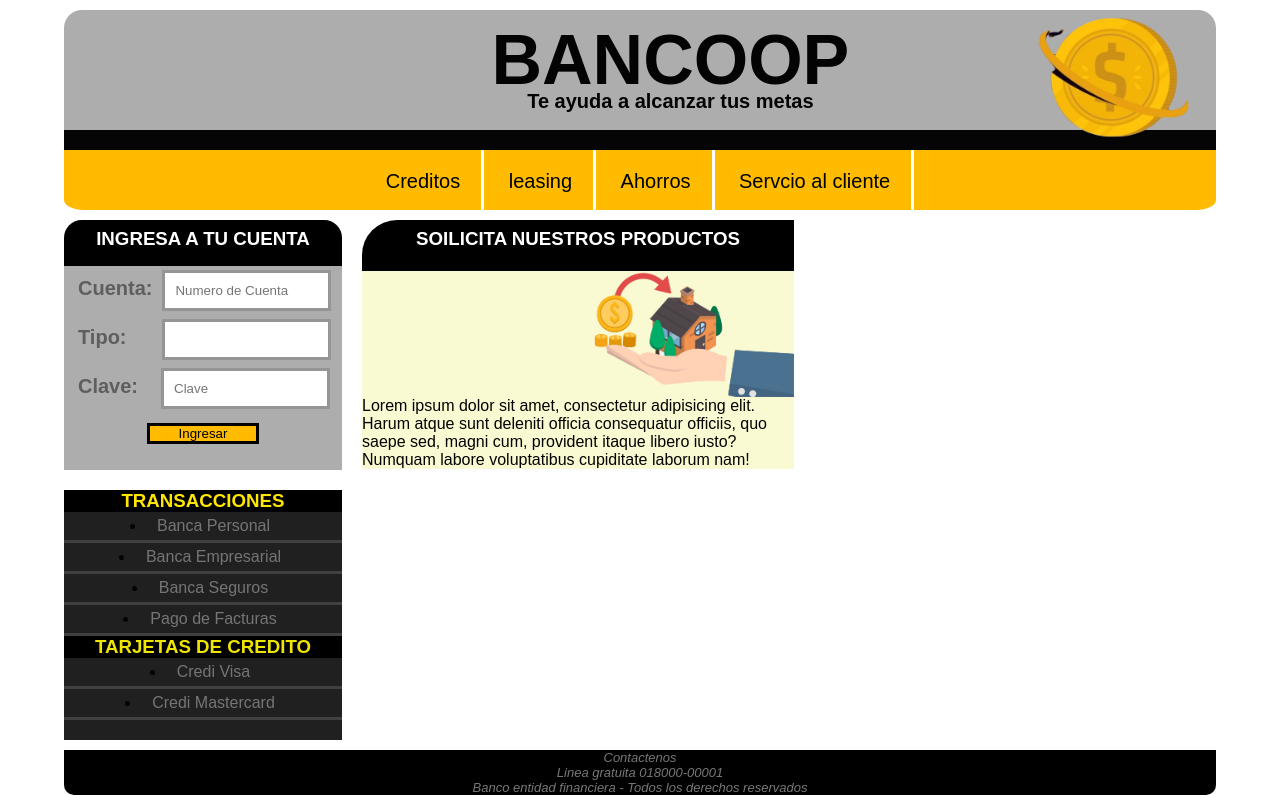
Repository: NickArregoces/BANCOOP
Page: Index.html
An editor plug-in stored every save of this project. The page is shown before and after the next save, followed by the edit.
The browser window is 1280 px wide. The pictures show the whole page.

Above is the page before, as saved 2021-09-30 15:26:55.

### Index.html
<!DOCTYPE html>
<html lang="en">
<head>
    <meta charset="UTF-8">
    <meta http-equiv="X-UA-Compatible" content="IE=edge">
    <meta name="viewport" content="width=device-width, initial-scale=1.0">
    <title>BANCOOP Home</title>
    <link rel="stylesheet" href="/CSS/Style.css">

</head>
<body>
    <div id="head">
        <header>
            <div class="image">
                <img src="/Images/logo.png" alt="logo">
            </div>
            <div class="title" >
                <h1>BANCOOP</h1>
                <h3>Te ayuda a alcanzar tus metas</h3>
            </div>

        </header>

        <nav class="barra"></nav>

        <div class="navegador">
            <ul class="menu">
                <li><a href="#">Creditos</a></li>
                <li><a href="#">leasing</a></li>
                <li><a href="#">Ahorros</a></li>
                <li><a href="#">Servcio al cliente</a></li>
            </ul>
        </div>

    </div>

        <div id="Contenido">
            <div class="section">
                <form action="" class="login">
                    <h3 style="color: rgb(255, 255, 255);">INGRESA A TU CUENTA</h3>
                        <div class="cuenta">
                            <h4>Cuenta:<input type="number" placeholder="Numero de Cuenta" required></h4>
                        </div>

                        <div class="tipo">
                            <h4>Tipo:<input type="text" required></h4>
                        </div>

                        <div class="clave">
                            <h4>Clave:<input type="password" placeholder="Clave" required></h4>
                        </div>

                    <div class="center">
                        <button class="sumbit"> Ingresar </button>
                    </div>

                </form>

                <article class="opciones">
                    <h3 style="color: rgb(255, 230, 0);">TRANSACCIONES</h3>
                    <li><a href="#">Banca Personal</a></li>
                    <li><a href="#">Banca Empresarial</a></li>
                    <li><a href="#">Banca Seguros</a></li>
                    <li><a href="#">Pago de Facturas</a></li>

                    <h3 style="color: rgb(238, 230, 0);">TARJETAS DE CREDITO</h3>
                    <li><a href="#">Credi Visa</a></li>
                    <li><a href="#">Credi Mastercard</a></li>
                </article>
            </div>

            <div id="Cuadros">
                <aside>
                    <div class="solicita">
                        <h3 style="color: rgb(255, 255, 255);">SOILICITA NUESTROS PRODUCTOS</h3>

                        <img src="/Images/Wallpaper(80).jpg" alt="">

                        <p>Lorem ipsum dolor sit amet, consectetur adipisicing elit.
                            Harum atque sunt deleniti officia consequatur officiis,
                            quo saepe sed, magni cum, provident itaque libero iusto?
                            Numquam labore voluptatibus cupiditate laborum nam!</p>
                    </div>
                </aside>
            </div>

            <div>
                <footer>
                        <p>Contactenos</p>
                        <p>Linea gratuita 018000-00001</p>
                        <p>Banco entidad financiera
                        - Todos los derechos reservados</p>
                </footer>
            </div>
        </div>

</body>
</html>

### CSS/Style.css

*{
    margin: 0 auto;
    padding: 0px;
}
body{
    font-family: Arial, Helvetica, sans-serif;
    background: rgb(255, 255, 255);
    width: 90%;
    color: rgb(3, 3, 3);
}
header{
    width: 100%;
    margin-top: 10px;
    background: rgb(173, 173, 173);
    border-top-left-radius:  18px;
    border-top-right-radius:  18px;
    height: 120px;
}
    img{
        float: right;
        width: 200px;
    }
    .title{
        float: right;
        width: 60%;
        margin-top: 20px;
    }
    header h1{
        font-size: 70px;
        text-align: center;
        line-height: 60px;
        display: block;
    }
    header h3{
        font-size: 20px;
        text-align: center;
    }

nav.barra{
    background: rgb(5, 5, 5);
    height: 20px;
}
div.navegador{
    text-align: center;
}

    ul.menu{
        border-bottom-left-radius: 20px 10px;
        border-bottom-right-radius: 20px 10px;
        background: rgb(255, 187, 0);
        height: 60px;
        list-style: none;
        padding: 0;
        max-width: 10000px;
    }
    .menu li a{
        height: 20px;
        font-size: 20px;
        margin-right: 1px;
        text-decoration: none;
        color:black;
        padding: 20px;
        display: inline-block;
    }
    .menu li {
        border-right: solid white;
        display: inline-block;
        }
    .menu li a:hover{
        background: #242323b6;
        color: white;
        }

.section{
    width: 25%;
    float: left;

}
    form{
        background: rgb(173, 173, 173);
        border-top-left-radius: 18px;
        border-top-right-radius: 18px;
        margin-top: 10px;
        margin-right:10px;
        margin-bottom: 10px;
        height: 250px;
    }
        form h3{
            text-align: center;
            background: black;
            height: 30px;
            padding: 8px;
            border-top-left-radius: 18px;
            border-top-right-radius: 18px;
        }
        form h4{
            font-size: 20px;
            padding: 4px;
            margin-left: 10px;
            color: rgb(95, 93, 93);

        }
        form input{
            width: 55%;
            padding: 10px;
            display: inline;
            border: solid rgb(149, 149, 149);
            margin-left: 10px;
        }
        div.clave input {
            margin-left: 23px;
        }

        div.tipo input {
            margin-left: 35px;
        }

        div.center{
            margin-top: 10px;
            margin: auto;
            text-align: center;
            width: 50%;
            cursor: pointer;
        }
        button{
            margin-top: 10px;
            width: 80%;
            background: rgb(255, 187, 0);
            border: solid black;
            cursor: pointer;
        }
        button:hover{
            background: #242323b6;
            color: rgb(251, 227, 3);
        }

    article {
        height: 250px;
        background: rgb(32, 32, 32);
        margin-top: 20px;
        margin-right:10px;
        margin-bottom: 10px;
    }
        article h3{
            text-align: center;
            background: black;
        }
        .opciones li a{
            margin-right: 1px;
            text-align: center;
            text-decoration: none;
            color:rgb(117, 117, 117);
            padding: 5px;
            display: inline-block;
        }
        .opciones li {
            border-bottom: solid rgba(68, 68, 68, 0.897);
            text-align: center;
            display:inline-flexbox;
            }
        .opciones li a:hover{
            background: #242323b6;
            color: rgb(251, 227, 3);
            }

aside{
    width: 75%;
    height: 520px;
    margin-top: 10px;
    float: right;
    margin-bottom: 10px;
}
    div.solicita{
        width: 50%;
        float: left;
        border-top-left-radius: 35px;
        margin-left: 10px;
        background: lightgoldenrodyellow  ;
    }
        .centrado aside img {
            width: 80%;
            margin-top: 15px;
            margin-bottom: 15px;
            text:align-center;
        }
        aside h3{
            text-align: center;
            background: black;
            height: 35px;
            padding: 8px;
            border-top-left-radius: 35px;
        }
        aside p{
            display: inline-block;
        }

footer{
    background: black;
    clear: both;
    border-bottom-left-radius: 10px;
    border-bottom-right-radius: 10px;
}
    footer p{
        font-size: 13px;
        text-align: center;
        line-height: 15px;
        color: rgb(121, 119, 119);
        font-style:italic;
    }

After the next save:
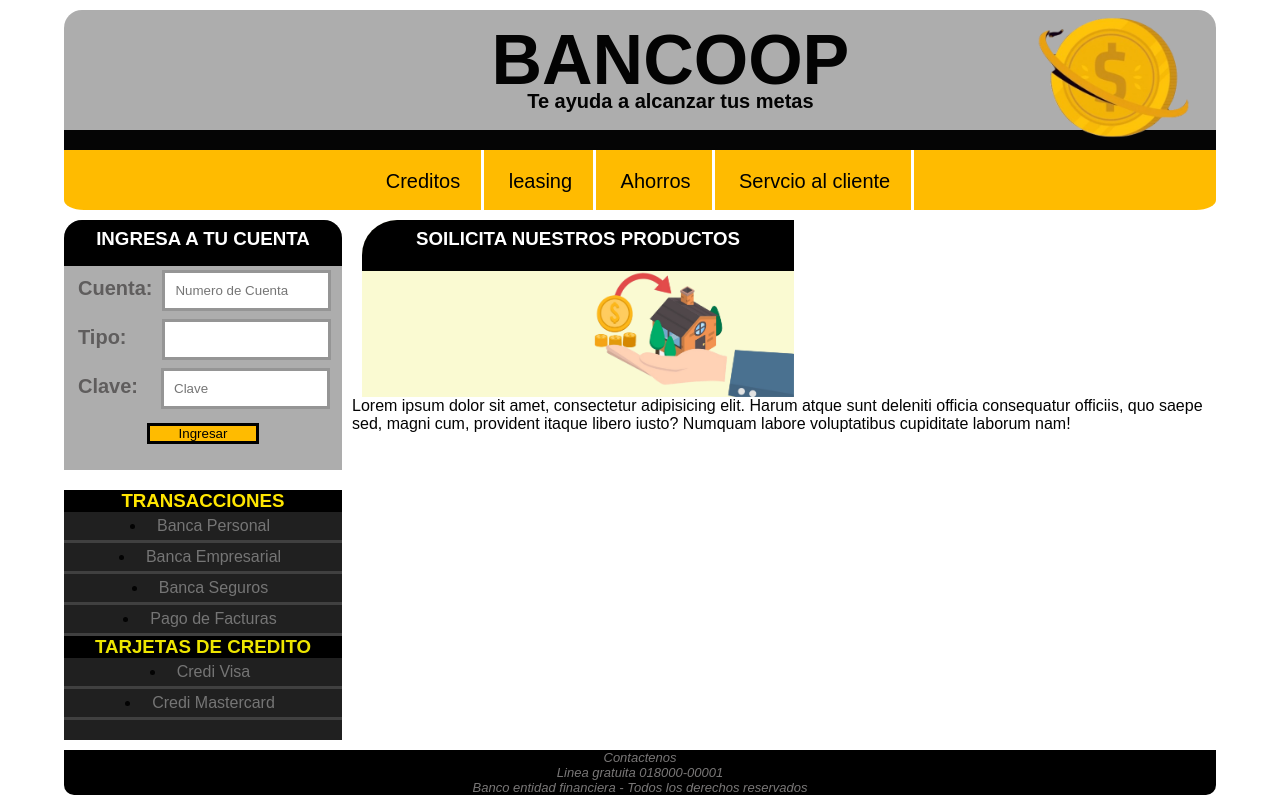
Saved 48 s later.
--- a/Index.html
+++ b/Index.html
@@ -73,9 +73,9 @@
                 <aside>
                     <div class="solicita">
                         <h3 style="color: rgb(255, 255, 255);">SOILICITA NUESTROS PRODUCTOS</h3>
-
+                        <div style="text-align:center" class="image"></div>
                         <img src="/Images/Wallpaper(80).jpg" alt="">
-
+                        </div>
                         <p>Lorem ipsum dolor sit amet, consectetur adipisicing elit.
                             Harum atque sunt deleniti officia consequatur officiis,
                             quo saepe sed, magni cum, provident itaque libero iusto?
